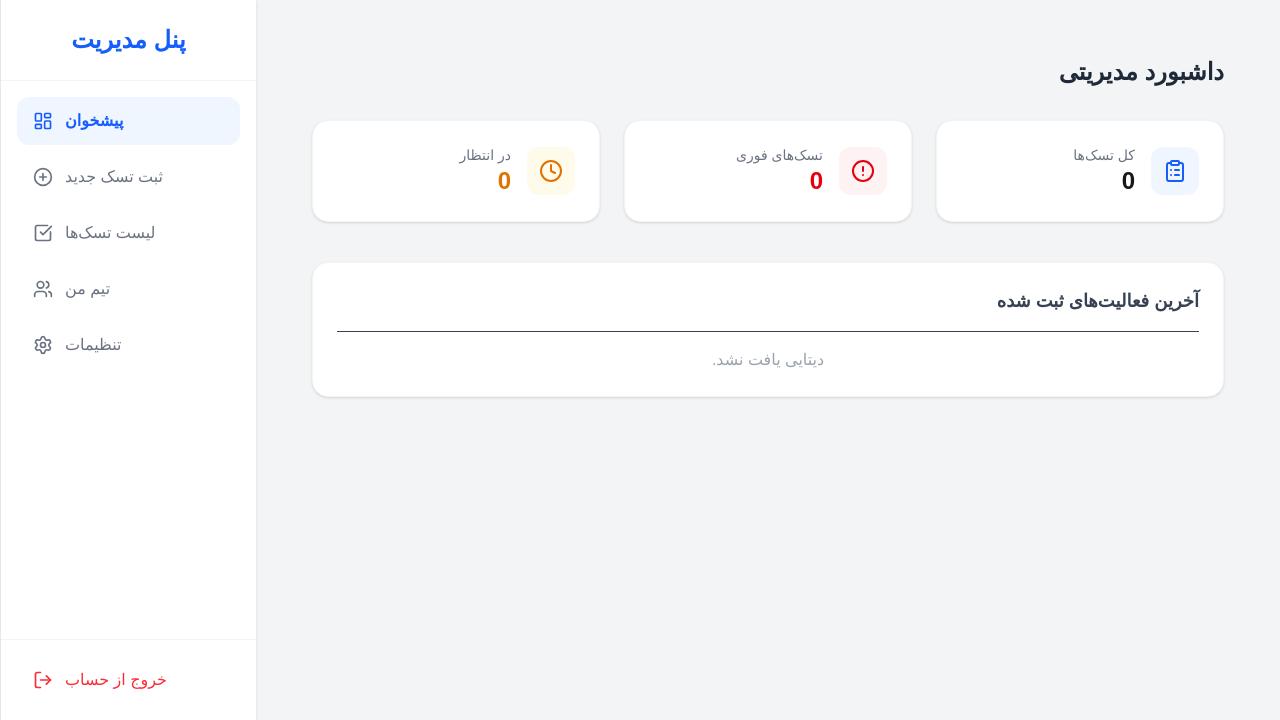
Repository: SheydaAshoorian/Task-mamager
Page: /dashboard (app in apps/frontend/)
The author's editor kept a copy of each file at every save. The page is drawn from the files as they stood at one save, then again after a run of saves.
The browser window is 1280 px wide. The pictures show the whole page.
The page's requests for data from a server got no answer. The project was rebuilt for these pictures with package versions that can differ from the ones it lists, and the page was loaded fresh each time. The framework's server and built-in components were replaced by stand-ins that run in the browser. No one was signed in, and anything a server would have sent is missing. Also part of the build but not shown: apps/frontend/next.config.ts.

Above is the page before, as saved 2026-02-17 21:24:43.

After the next 6 saves:
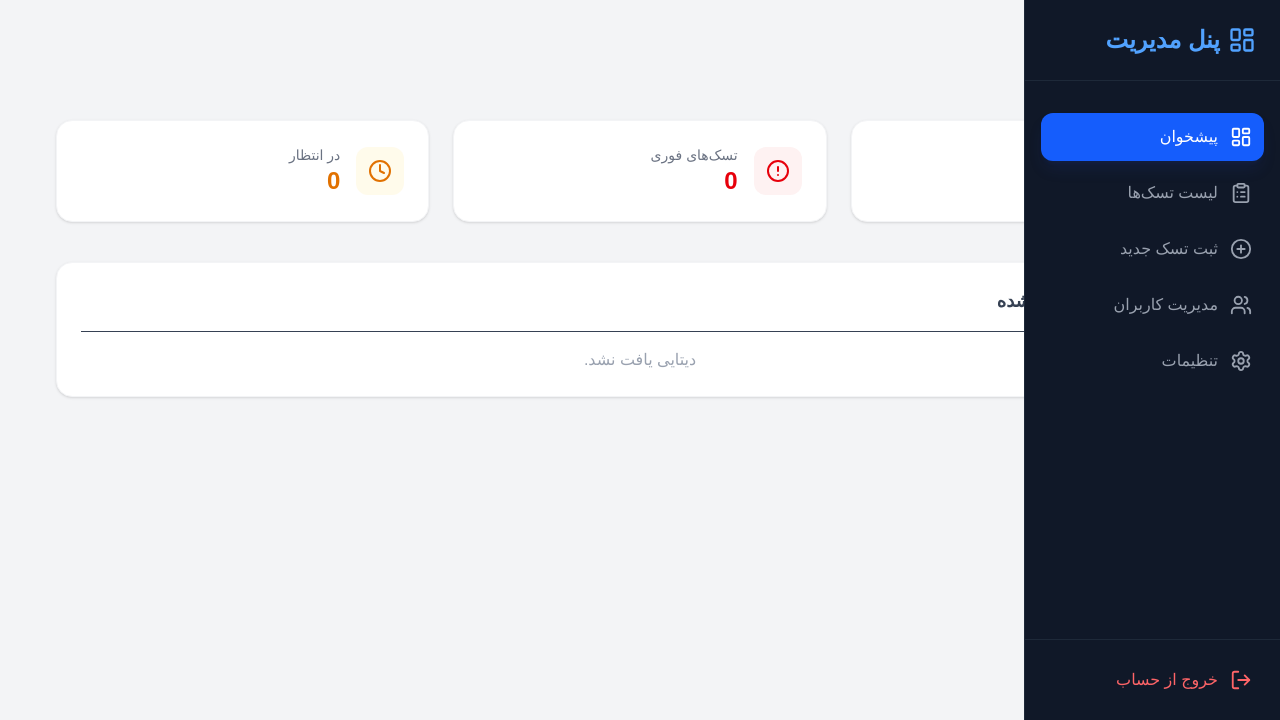
The 6 saves are shown as one change because 5 did not build or start.
The last was saved 19 min 5 s later.
--- a/apps/frontend/components/Sidebar.tsx
+++ b/apps/frontend/components/Sidebar.tsx
@@ -1,63 +1,62 @@
 "use client";
+import React from 'react';
 import Link from 'next/link';
 import { usePathname } from 'next/navigation';
 import {
-  LayoutDashboard,
+  Home,
+  ClipboardList,
+  Users,
+  Settings,
   PlusCircle,
-  CheckSquare,
-  Users,
-  LogOut,
-  Settings
+  LayoutDashboard
 } from 'lucide-react';
 
-const Sidebar = () => {
+export default function Sidebar() {
   const pathname = usePathname();
 
+  // آرایه آیتم‌های منو - دقت کن که آیکون‌ها بدون تگ < > هستند
   const menuItems = [
-    { name: 'پیشخوان', icon: LayoutDashboard, href: '/dashboard' },
-    { name: 'ثبت تسک جدید', icon: PlusCircle, href: '/dashboard/tasks/create' },
-    { name: 'لیست تسک‌ها', icon: CheckSquare, href: '/dashboard/tasks' },
-    { name: 'تیم من', icon: Users, href: '/dashboard/team' },
-    { name: 'تنظیمات', icon: Settings, href: '/dashboard/settings' },
+    { name: 'پیشخوان', href: '/dashboard', icon: LayoutDashboard },
+    { name: 'لیست تسک‌ها', href: '/dashboard/tasks', icon: ClipboardList },
+    { name: 'ثبت تسک جدید', href: '/dashboard/tasks/create', icon: PlusCircle },
+    { name: 'مدیریت کاربران', href: '/dashboard/users', icon: Users },
+    { name: 'تنظیمات', href: '/dashboard/settings', icon: Settings },
   ];
 
   return (
-    <div className="w-64 bg-white h-screen border-l border-gray-200 flex flex-col shadow-sm">
-      {/* لوگو یا نام برنامه */}
-      <div className="p-6 border-b border-gray-100">
-        <h1 className="text-2xl font-bold text-blue-600 text-center">پنل مدیریت</h1>
+    <div className="w-64 h-screen bg-gray-900 text-white flex flex-col fixed right-0 top-0 border-l border-gray-800" dir="rtl">
+      <div className="p-6 text-2xl font-bold border-b border-gray-800 text-blue-400 flex items-center gap-2">
+        <LayoutDashboard size={28} />
+        <span>پنل مدیریت</span>
       </div>
 
-      {/* منوها */}
-      <nav className="flex-1 p-4 space-y-2">
+      <nav className="flex-1 p-4 space-y-2 mt-4">
         {menuItems.map((item) => {
           const isActive = pathname === item.href;
           return (
             <Link
               key={item.href}
               href={item.href}
-              className={`flex items-center gap-3 px-4 py-3 rounded-xl transition-all ${
+              className={`flex items-center gap-3 p-3 rounded-xl transition-all duration-200 ${
                 isActive
-                ? 'bg-blue-50 text-blue-600 font-bold'
-                : 'text-gray-500 hover:bg-gray-50 hover:text-gray-700'
+                  ? 'bg-blue-600 text-white shadow-lg shadow-blue-900/20'
+                  : 'text-gray-400 hover:bg-gray-800 hover:text-white'
               }`}
             >
-              <item.icon size={20} />
-              <span>{item.name}</span>
+              {/* اینجا آیکون به درستی به عنوان کامپوننت رندر می‌شود */}
+              <item.icon size={22} />
+              <span className="font-medium">{item.name}</span>
             </Link>
           );
         })}
       </nav>
 
-      {/* بخش پروفایل و خروج */}
-      <div className="p-4 border-t border-gray-100">
-        <button className="flex items-center gap-3 px-4 py-3 w-full text-red-500 hover:bg-red-50 rounded-xl transition-all">
-          <LogOut size={20} />
-          <span>خروج از حساب</span>
+      <div className="p-4 border-t border-gray-800">
+        <button className="flex items-center gap-3 p-3 w-full text-red-400 hover:bg-red-900/20 rounded-xl transition-colors">
+          <svg xmlns="http://www.w3.org/2000/svg" width="22" height="22" viewBox="0 0 24 24" fill="none" stroke="currentColor" strokeWidth="2" strokeLinecap="round" strokeLinejoin="round"><path d="M9 21H5a2 2 0 0 1-2-2V5a2 2 0 0 1 2-2h4"/><polyline points="16 17 21 12 16 7"/><line x1="21" x2="9" y1="12" y2="12"/></svg>
+          <span className="font-medium">خروج از حساب</span>
         </button>
       </div>
     </div>
   );
-};
-
-export default Sidebar;
+}
